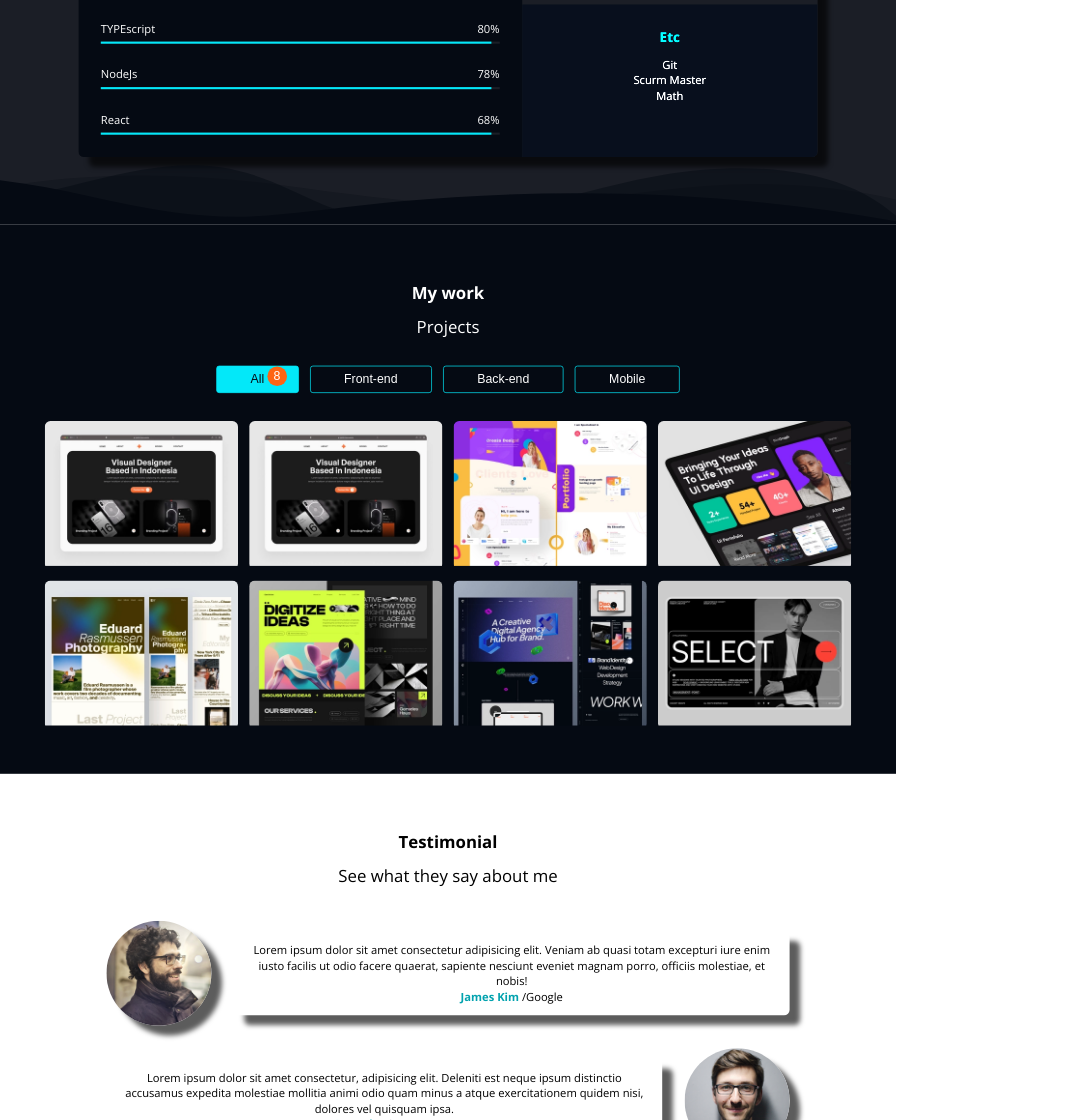
Repository: Arden-Sol/portfolio-website-clone-coding
Page: index.html
An editor plug-in stored every save of this project. The page is shown before and after the next save, followed by the edit.
The browser window is 1280 px wide. The page is 1553 px wide, so the pictures cover 1553 px, including what lies to the right of the window. The pictures show the part of the page from y = 1889 to 3489 px (the page is 4153 px tall), at 70% of full size.
Some web libraries are served in a nearby version.

Above is the page before, as saved 2024-04-07 00:06:51.

### index.html
<!DOCTYPE html>
<html lang="en">

<head>
  <meta charset="UTF-8">
  <meta name="viewport" content="width=device-width, initial-scale=1.0">
  <!-- SEO -->
  <title>Arden&#39;s portfolio</title>
  <meta name="description" content="포트폴리오 연습장" />
  <meta name="author" content="arden">
  <link rel="shortcut icon" href="image/favicon.jpg" type="image/x-icon">
  <!-- OG (Open Graph Data) -->
  <meta property="og:title" content="포트폴리오">
  <meta property="og:type" content="website">
  <meta property="og:url" content="https://arden-sol.github.io/portfolio-website-clone-coding/">
  <meta property="og:image" content="https://arden-sol.github.io/portfolio-website-clone-coding/image/og.webp">
  <!-- Goole Font -->
  <link rel="preconnect" href="https://fonts.googleapis.com">
  <link rel="preconnect" href="https://fonts.gstatic.com" crossorigin>
  <link href="https://fonts.googleapis.com/css2?family=Open+Sans:ital,wght@0,300..800;1,300..800&display=swap"
    rel="stylesheet">
  <!-- Font Awesome -->
  <script src="https://kit.fontawesome.com/4dc9c1b526.js" crossorigin="anonymous"></script>
  <!-- CSS -->
  <link rel="stylesheet" href="css/style.css">
  <!-- Javascript -->
  <!-- 타입-모듈: 독립적으로 개별화해서 고립된 모듈화 -->
  <script type="module" src="src/main.js" defer></script>
  <script type="module" src="src/projects.js" defer></script>
  <script type="module" src="src/active_menu.js" defer></script>
</head>

<body>
  <!-- Header -->
  <header class="header">
    <div class="header__logo">
      <img class="header__logo__img" src="image/favicon.jpg" alt="">
      <h1 class="header__logo__title"><a href="#">Ellie</a></h1>
    </div>
    <nav class="header__nav">
      <ul class="header__menu">
        <li><a class="header__menu__item active" href="#home">Home</a></li>
        <li><a class="header__menu__item" href="#about">About</a></li>
        <li><a class="header__menu__item" href="#skills">Skills</a></li>
        <li><a class="header__menu__item" href="#work">My work</a></li>
        <li><a class="header__menu__item" href="#testimonial">Testimonials</a></li>
        <li><a class="header__menu__item" href="#contact">Contact</a></li>
      </ul>
    </nav>
    <button class="header__bars" aria-label="navigation menu toggle">
      <i class="fa-solid fa-bars"></i>
    </button>
  </header>
  <!-- Main -->
  <main>
    <!-- Home -->
    <section id="home" class="section">
      <div class="home__container">
        <img class="home__avatar" src="image/picture.jpg" alt="picture">
        <h2 class="home__title">Lorem <br> <strong class="home__title--strong">ipsum dolor</strong> sit amet consectetur
          ad.</h2>
        <p class="home__description">Lorem ipsum dolor sit amet consectetur adipisicing elit. Rerum placeat optio beatae
          assumenda incidunt harum
          vel?</p>
        <a class="home__contact" href="#contact">Contact me</a>
      </div>
    </section>
    <!-- About -->
    <section id="about" class="section max-container">
      <h2 class="title">About me</h2>
      <p class="description">Lorem ipsum dolor sit amet, consectetur adipisicing elit. Soluta, consequatur.</p>
      <ul class="majors">
        <li class="major">
          <i class="fa-brands fa-html5 major__icon"></i>
          <p class="major__title">Front-end</p>
          <p>HTML, CSS Javascript, TYPEscript</p>
        </li>
        <li class="major">
          <i class="fa-solid fa-mobile major__icon"></i>
          <p class="major__title">Mobile</p>
          <p>Lorem ipsum dolor sit amet consectetur.</p>
        </li>
        <li class="major">
          <i class="fa-solid fa-server major__icon"></i>
          <p class="major__title">Back-end</p>
          <p>Lorem, ipsum dolor sit amet consectetur adipisicing elit.</p>
        </li>
      </ul>
      <ul class="jobs">
        <li class="job"><img src="image/jobs/google.png" alt="google">
          <div>
            <p class="job__name">junior Front-end engineer</p>
            <p class="job__period">period</p>
          </div>
        </li>
        <li class="job"><img src="image/jobs/samsung.png" alt="samsung">
          <div>
            <p class="job__name">
              junior Front-end dngineer
            </p>
            <p class="job__period">period</p>
          </div>
        </li>
      </ul>
    </section>
    <!-- Skills -->
    <section id="skills" class="section">
      <div class="max-container">
        <h2 class="title">My Skills</h2>
        <p class="description">Skills & Attributes</p>
        <p>Lorem ipsum dolor sit amet consectetur, adipisicing elit. Quia tempore dignissimos suscipit deleniti saepe
          nemo
          doloremque voluptates minima ipsam! Nemo ab voluptas omnis libero commodi delectus sequi hic error inventore?
        </p>
        <div class="skills">
          <section class="skills__coding">
            <h3 class="skills__title">Conding Skills</h3>
            <ul>
              <li class="bar">
                <div class="bar__metadata"><span>HTML</span><span>98%</span></div>
                <div class="bar__bg">
                  <div class="bar__value" style="width: 98%"></div>
                </div>
              </li>
              <li class="bar">
                <div class="bar__metadata"><span>CSS</span><span>90%</span></div>
                <div class="bar__bg">
                  <div class="bar__value" style="width: 20%"></div>
                </div>
              </li>
              <li class="bar">
                <div class="bar__metadata"><span>Javascript</span><span>90%</span></div>
                <div class="bar__bg">
                  <div class="bar__value" style="width: 98%"></div>
                </div>
              </li>
              <li class="bar">
                <div class="bar__metadata"><span>TYPEscript</span><span>80%</span></div>
                <div class="bar__bg">
                  <div class="bar__value" style="width: 98%"></div>
                </div>
              </li>
              <li class="bar">
                <div class="bar__metadata"><span>NodeJs</span><span>78%</span></div>
                <div class="bar__bg">
                  <div class="bar__value" style="width: 98%"></div>
                </div>
              </li>
              <li class="bar">
                <div class="bar__metadata"><span>React</span><span>68%</span></div>
                <div class="bar__bg">
                  <div class="bar__value" style="width: 98%"></div>
                </div>
              </li>
            </ul>
          </section>
          <section class="skills__tools">
            <h3 class="skills__title">Tools</h3>
            <ul>
              <li>Visual Studio Code</li>
              <li>IntelliJ</li>
              <li>Android Studio Code</li>
              <li>iOS dvelopment toos</li>
              <li>Sketch app</li>
            </ul>
          </section>
          <section class="skills__etc">
            <h3 class="skills__title">Etc</h3>
            <ul>
              <li>Git</li>
              <li>Scurm Master</li>
              <li>Math</li>
            </ul>
          </section>
        </div>
      </div>
      <div class="skills__divider">
        <svg data-name="Layer 1" xmlns="http://www.w3.org/2000/svg" viewBox="0 0 1200 120" preserveAspectRatio="none">
          <path
            d="M0,0V46.29c47.79,22.2,103.59,32.17,158,28,70.36-5.37,136.33-33.31,206.8-37.5C438.64,32.43,512.34,53.67,583,72.05c69.27,18,138.3,24.88,209.4,13.08,36.15-6,69.85-17.84,104.45-29.34C989.49,25,1113-14.29,1200,52.47V0Z"
            opacity=".25" class="shape-fill"></path>
          <path
            d="M0,0V15.81C13,36.92,27.64,56.86,47.69,72.05,99.41,111.27,165,111,224.58,91.58c31.15-10.15,60.09-26.07,89.67-39.8,40.92-19,84.73-46,130.83-49.67,36.26-2.85,70.9,9.42,98.6,31.56,31.77,25.39,62.32,62,103.63,73,40.44,10.79,81.35-6.69,119.13-24.28s75.16-39,116.92-43.05c59.73-5.85,113.28,22.88,168.9,38.84,30.2,8.66,59,6.17,87.09-7.5,22.43-10.89,48-26.93,60.65-49.24V0Z"
            opacity=".5" class="shape-fill"></path>
          <path
            d="M0,0V5.63C149.93,59,314.09,71.32,475.83,42.57c43-7.64,84.23-20.12,127.61-26.46,59-8.63,112.48,12.24,165.56,35.4C827.93,77.22,886,95.24,951.2,90c86.53-7,172.46-45.71,248.8-84.81V0Z"
            class="shape-fill"></path>
        </svg>
      </div>
    </section>
    <!-- Work -->
    <section id="work" class="section">
      <div class="max-container">
        <h2 class="title">My work</h2>
        <p class="description">Projects</p>
        <ul class="categories">
          <li><button class="category category--selected" data-filter="all">All <span
                class="category__count">8</span></button></li>
          <li><button class="category" data-filter="front-end">Front-end <span class="category__count">3</span></button>
          </li>
          <li><button class="category" data-filter="back-end">Back-end <span class="category__count">3</span></button>
          </li>
          <li><button class="category" data-filter="mobile">Mobile <span class="category__count">2</span></button></li>
        </ul>
        <ul class="projects">
          <li class="project" data-type="front-end">
            <a href="#" target="_blank">
              <img src="image/projects/project1.webp" alt="project8" class="project__img">
              <div class="project__metadata">
                <h3 class="project__title">Project #1</h3>
                <p>Clone Coding with HTML, CSS</p>
              </div>
            </a>
          </li>
          <li class="project" data-type="front-end"><a href="#" target="_blank"><img src="image/projects/project1.webp"
                alt="project1" class="project__img">
              <div class="project__metadata">
                <h3 class="project__title">Project #1</h3>
                <p>Clone Coding with HTML, CSS</p>
              </div>
            </a></li>
          <li class="project" data-type="front-end"><a href="#" target="_blank"><img src="image/projects/project2.webp"
                alt="project2" class="project__img">
              <div class="project__metadata">
                <h3 class="project__title">Project #2</h3>
                <p>Clone Coding with HTML, CSS</p>
              </div>
            </a></li>
          <li class="project" data-type="back-end"><a href="#" target="_blank"><img src="image/projects/project3.webp"
                alt="project3" class="project__img">
              <div class="project__metadata">
                <h3 class="project__title">Project #3</h3>
                <p>Clone Coding with HTML, CSS</p>
              </div>
            </a></li>
          <li class="project" data-type="back-end"><a href="#" target="_blank"><img src="image/projects/project4.webp"
                alt="project4" class="project__img">
              <div class="project__metadata">
                <h3 class="project__title">Project #4</h3>
                <p>Clone Coding with HTML, CSS</p>
              </div>
            </a></li>
          <li class="project" data-type="back-end"><a href="#" target="_blank"><img src="image/projects/project5.webp"
                alt="project5" class="project__img">
              <div class="project__metadata">
                <h3 class="project__title">Project #5</h3>
                <p>Clone Coding with HTML, CSS</p>
              </div>
            </a></li>
          <li class="project" data-type="mobile"><a href="#" target="_blank"><img src="image/projects/project6.webp"
                alt="project6" class="project__img">
              <div class="project__metadata">
                <h3 class="project__title">Project #6</h3>
                <p>Clone Coding with HTML, CSS</p>
              </div>
            </a></li>
          <li class="project" data-type="mobile"><a href="#" target="_blank"><img src="image/projects/project7.webp"
                alt="project7" class="project__img">
              <div class="project__metadata">
                <h3 class="project__title">Project #7</h3>
                <p>Clone Coding with HTML, CSS</p>
              </div>
            </a></li>
        </ul>
      </div>
    </section>
    <!-- Testimonials -->
    <section id="testimonial" class="section max-container">
      <h2 class="title">Testimonial</h2>
      <p class="description">See what they say about me</p>
      <ul class="testimonials">
        <li class="testimonial"><img class="testimonial__img" src="image/testimonials/people1.webp" alt="people1">
          <div class="testimonial__bubble">
            <p>Lorem ipsum dolor sit amet consectetur adipisicing elit. Veniam ab quasi totam excepturi iure enim iusto
              facilis ut odio facere quaerat, sapiente nesciunt eveniet magnam porro, officiis molestiae, et nobis!</p>
            <p><a class="testimonial__bubble__name" href="#">James Kim</a> /Google</p>
          </div>
        </li>
        <li class="testimonial"><img class="testimonial__img" src="image/testimonials/people2.webp" alt="people2">
          <div class="testimonial__bubble">
            <p>Lorem ipsum dolor sit amet consectetur, adipisicing elit. Deleniti est neque ipsum distinctio accusamus
              expedita molestiae mollitia animi odio quam minus a atque exercitationem quidem nisi, dolores vel quisquam
              ipsa.</p>
            <p><a class="testimonial__bubble__name" href="#">Anna Jin </a>/Samsung</p>
          </div>
        </li>
        <li class="testimonial">
          <img class="testimonial__img" src="image/testimonials/people3.webp" alt="people3">
          <div class="testimonial__bubble">
            <p>Lorem ipsum dolor sit amet consectetur adipisicing elit. Aut rerum quam quae impedit esse atque laborum
              accusantium maxime repudiandae assumenda, perferendis beatae repellat at? Nam, soluta assumenda. Veniam,
              odit possimus?</p>
            <p><a class="testimonial__bubble__name" href="#">Anna Jin </a>/Samsung</p>
          </div>
        </li>
      </ul>
    </section>
    <!-- Arrow up -->
    <aside>
      <a class="arrow-up" href="#home" title="back to top">
        <i class="fa-solid fa-arrow-up"></i></a>
    </aside>
  </main>
  <!-- Footer -->
  <footer id="contact" class="section">
    <div class="footer__divider">
      <svg data-name="Layer 1" xmlns="http://www.w3.org/2000/svg" viewBox="0 0 1200 120" preserveAspectRatio="none">
        <path d="M649.97 0L550.03 0 599.91 54.12 649.97 0z" class="shape-fill"></path>
      </svg>
    </div>
    <div class=" max-container">
      <h2 class="title">Let&#39;s talk</h2>
      <p class="description">highhigh222@naver.com</p>
      <ul class="contact__links">
        <li>
          <a class="contact__link" href="#" title="arden github link" target="_blank">
            <i class="fa-brands fa-github"></i>
          </a>
        </li>
        <li>
          <a class="contact__link" href="#" title="arden linkedin link" target="_blank">
            <i class="fa-brands fa-linkedin"></i>
          </a>
        </li>
      </ul>
      <p>Dream Coding ellie - All right reserved</p>
    </div>
  </footer>


</body>

</html>

Loaded but not shown: src/active_menu.js (47 lines, source omitted); src/main.js (40 lines, source omitted); src/projects.js (36 lines, source omitted); css/style.css (565 lines, source omitted)

After the next save:
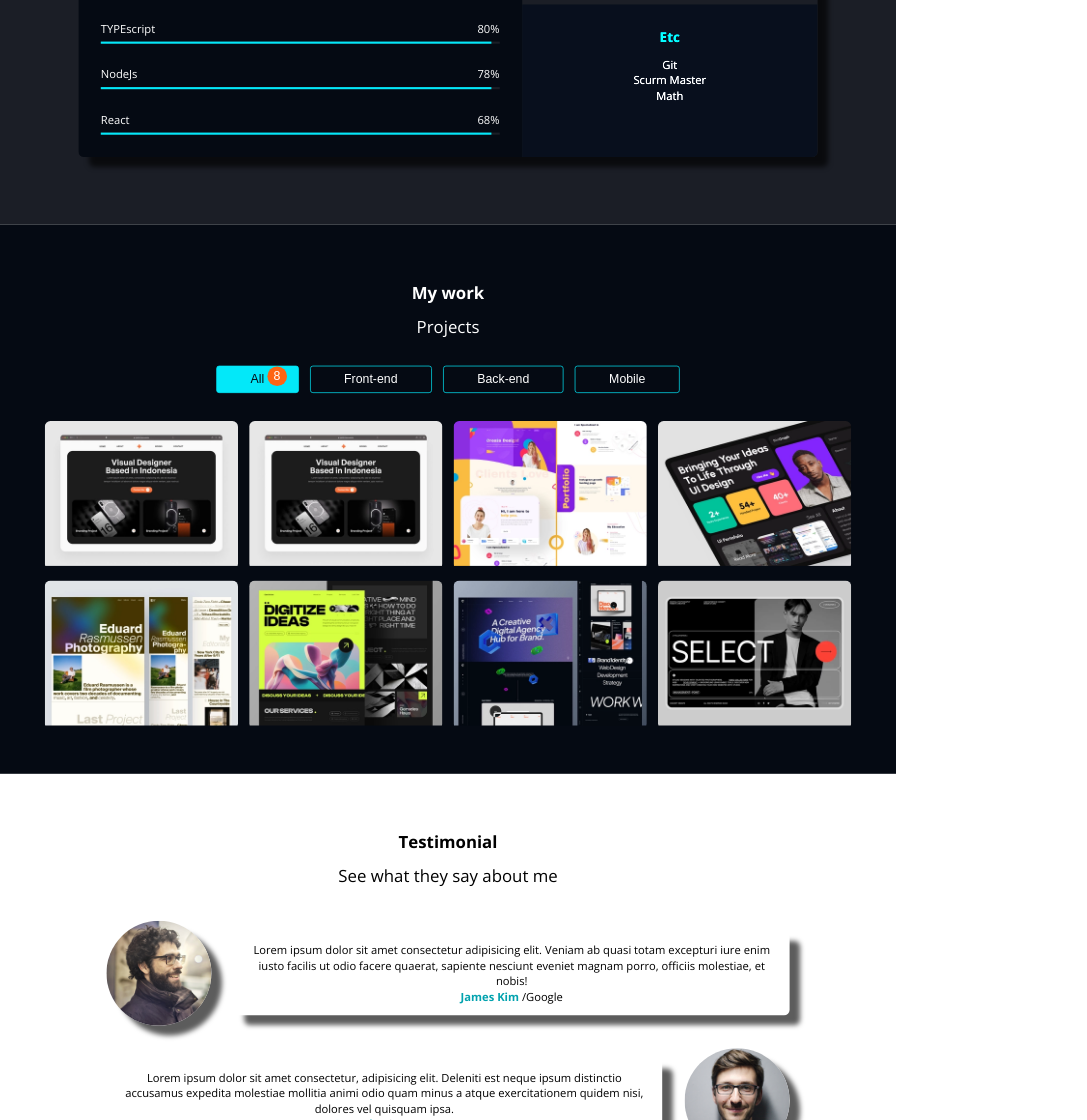
Saved 2 s later.
--- a/index.html
+++ b/index.html
@@ -174,19 +174,6 @@
           </section>
         </div>
       </div>
-      <div class="skills__divider">
-        <svg data-name="Layer 1" xmlns="http://www.w3.org/2000/svg" viewBox="0 0 1200 120" preserveAspectRatio="none">
-          <path
-            d="M0,0V46.29c47.79,22.2,103.59,32.17,158,28,70.36-5.37,136.33-33.31,206.8-37.5C438.64,32.43,512.34,53.67,583,72.05c69.27,18,138.3,24.88,209.4,13.08,36.15-6,69.85-17.84,104.45-29.34C989.49,25,1113-14.29,1200,52.47V0Z"
-            opacity=".25" class="shape-fill"></path>
-          <path
-            d="M0,0V15.81C13,36.92,27.64,56.86,47.69,72.05,99.41,111.27,165,111,224.58,91.58c31.15-10.15,60.09-26.07,89.67-39.8,40.92-19,84.73-46,130.83-49.67,36.26-2.85,70.9,9.42,98.6,31.56,31.77,25.39,62.32,62,103.63,73,40.44,10.79,81.35-6.69,119.13-24.28s75.16-39,116.92-43.05c59.73-5.85,113.28,22.88,168.9,38.84,30.2,8.66,59,6.17,87.09-7.5,22.43-10.89,48-26.93,60.65-49.24V0Z"
-            opacity=".5" class="shape-fill"></path>
-          <path
-            d="M0,0V5.63C149.93,59,314.09,71.32,475.83,42.57c43-7.64,84.23-20.12,127.61-26.46,59-8.63,112.48,12.24,165.56,35.4C827.93,77.22,886,95.24,951.2,90c86.53-7,172.46-45.71,248.8-84.81V0Z"
-            class="shape-fill"></path>
-        </svg>
-      </div>
     </section>
     <!-- Work -->
     <section id="work" class="section">
@@ -303,11 +290,6 @@
   </main>
   <!-- Footer -->
   <footer id="contact" class="section">
-    <div class="footer__divider">
-      <svg data-name="Layer 1" xmlns="http://www.w3.org/2000/svg" viewBox="0 0 1200 120" preserveAspectRatio="none">
-        <path d="M649.97 0L550.03 0 599.91 54.12 649.97 0z" class="shape-fill"></path>
-      </svg>
-    </div>
     <div class=" max-container">
       <h2 class="title">Let&#39;s talk</h2>
       <p class="description">highhigh222@naver.com</p>
